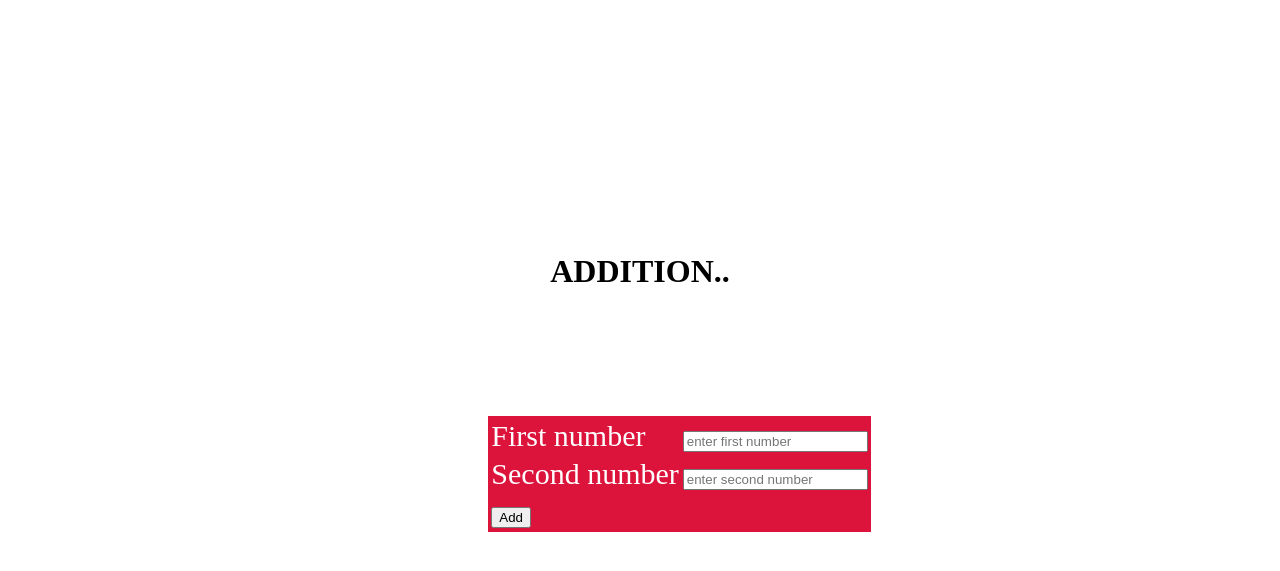
Repository: vima107/JDBC-CRUD-OPERATIONS
Page: addition/src/main/webapp/index.html
These files come from the project's save history. The page is drawn as it stood at one moment and after the next save; the edit follows.
The browser window is 1280 px wide. The pictures show the whole page.

Above is the page before, as saved 2024-10-09 10:49:53.

### addition/src/main/webapp/index.html
<!DOCTYPE html>
<html>
<head>
<meta charset="UTF-8">
<title>Insert title here</title>
</head>
<body>
	<h1 style="margin-top:20%"><center>ADDITION..</center></h1>
	<table style="margin-left:38%;margin-top:10%;background-color:crimson; font-size:30px;color:white">
	<form action="/addition/Add">
		<tr>
			<td>First number</td>
			<td><input type="text" name="firstNumber" placeholder="enter first number"></td>
		</tr>
		<tr>
			<td>Second number</td>
			<td><input type="text" name="secondNumber" placeholder="enter second number"></td>
		</tr>
		<tr>
			<td><input type="submit" value="Add"></td>
		</tr>
	</form>
	</table>
</body>
</html>

After the next save:
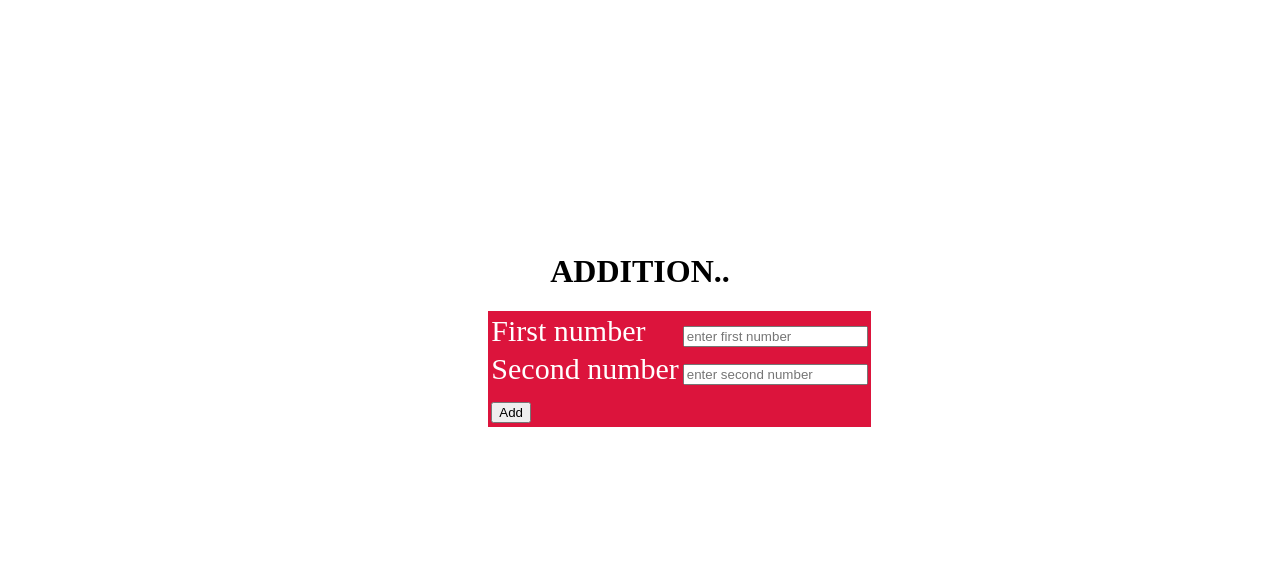
Saved 12 s later.
--- a/addition/src/main/webapp/index.html
+++ b/addition/src/main/webapp/index.html
@@ -6,7 +6,7 @@
 </head>
 <body>
 	<h1 style="margin-top:20%"><center>ADDITION..</center></h1>
-	<table style="margin-left:38%;margin-top:10%;background-color:crimson; font-size:30px;color:white">
+	<table style="margin-left:38%;background-color:crimson; font-size:30px;color:white">
 	<form action="/addition/Add">
 		<tr>
 			<td>First number</td>
